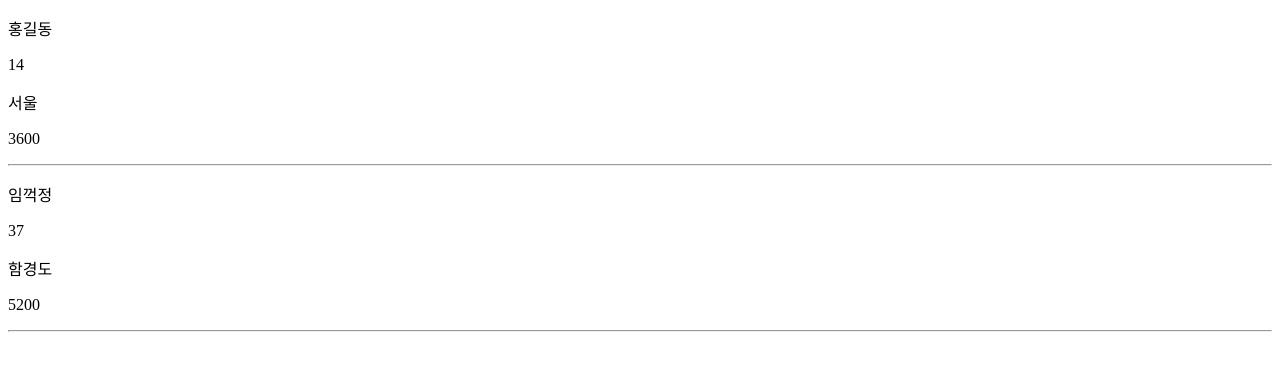
Repository: ady0099/webstudy
Page: 03_javascript/src/main/webapp/day02/ex19_Object.html
An editor plug-in stored every save of this project. The page is shown before and after a run of saves, followed by the edit.
The browser window is 1280 px wide. The pictures show the whole page.

Above is the page before, as saved 2023-06-28 08:41:14.

### 03_javascript/src/main/webapp/day02/ex19_Object.html
<!DOCTYPE html>
<html>
	<head>
		<meta charset="UTF-8">
		<title>객체 : Object</title>
		<script type="text/javascript">
			// 자바스크립트에서 객체를 Object라고 한다.
			// 객체 : properties(속성=상태값)과 function(기능)을 가지고 있다.

			// 방법1
			var obj = new Object();
			// 상태값
			obj["name"] = "홍길동";
			obj["age"] = 14;
			obj["addr"] = "서울";
			obj["salary"] = 3600;

			document.write("<p>" +obj["name"]+"</p>");
			document.write("<p>" +obj["age"]+"</p>");
			document.write("<p>" +obj["addr"]+"</p>");
			document.write("<p>" +obj["salary"]+"</p>");
			document.write("<hr>");

			// 방법2
			var obj = {name:"임꺽정", age:37, addr:"함경도", salary:5200};

			document.write("<p>" +obj["name"]+"</p>");
			document.write("<p>" +obj["age"]+"</p>");
			document.write("<p>" +obj["addr"]+"</p>");
			document.write("<p>" +obj["salary"]+"</p>");
			document.write("<hr>");

		</script>
	</head>
	<body>

	</body>
</html>

After the next 2 saves:
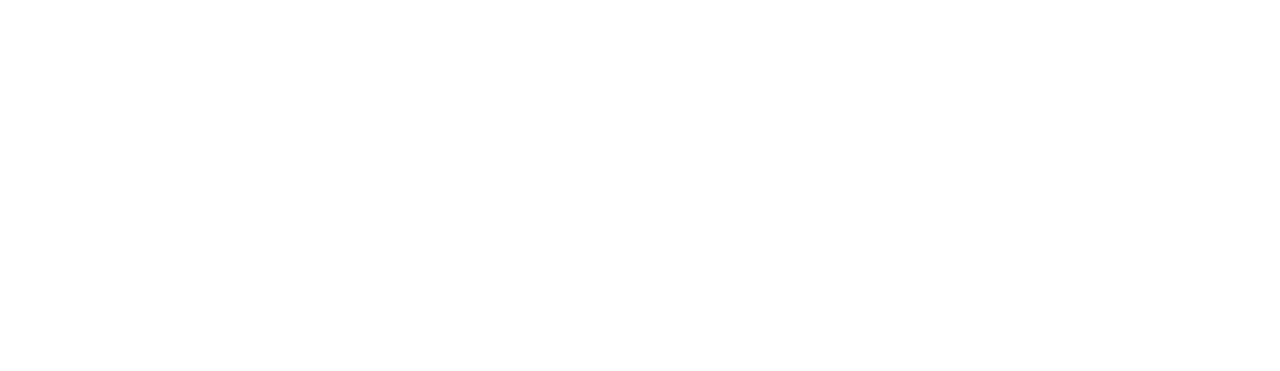
Console error: SyntaxError: Unexpected end of input
The 2 saves are shown as one change because they came seconds apart.
The last was saved 8 s later.
--- a/03_javascript/src/main/webapp/day02/ex19_Object.html
+++ b/03_javascript/src/main/webapp/day02/ex19_Object.html
@@ -30,6 +30,7 @@
 			document.write("<p>" +obj["salary"]+"</p>");
 			document.write("<hr>");
 
+			var obj3 =
 		</script>
 	</head>
 	<body>

After the save that followed:
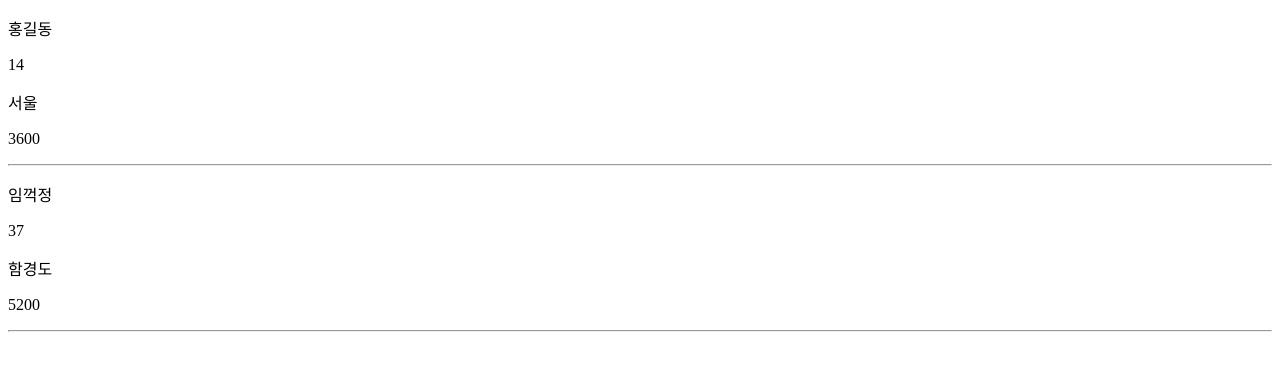
The error is gone.
Saved 43 s later.
--- a/03_javascript/src/main/webapp/day02/ex19_Object.html
+++ b/03_javascript/src/main/webapp/day02/ex19_Object.html
@@ -30,7 +30,15 @@
 			document.write("<p>" +obj["salary"]+"</p>");
 			document.write("<hr>");
 
-			var obj3 =
+			var obj3 = {
+					name : "장길산",
+					age : 12,
+					job: function(){
+
+					}
+
+
+			}
 		</script>
 	</head>
 	<body>
